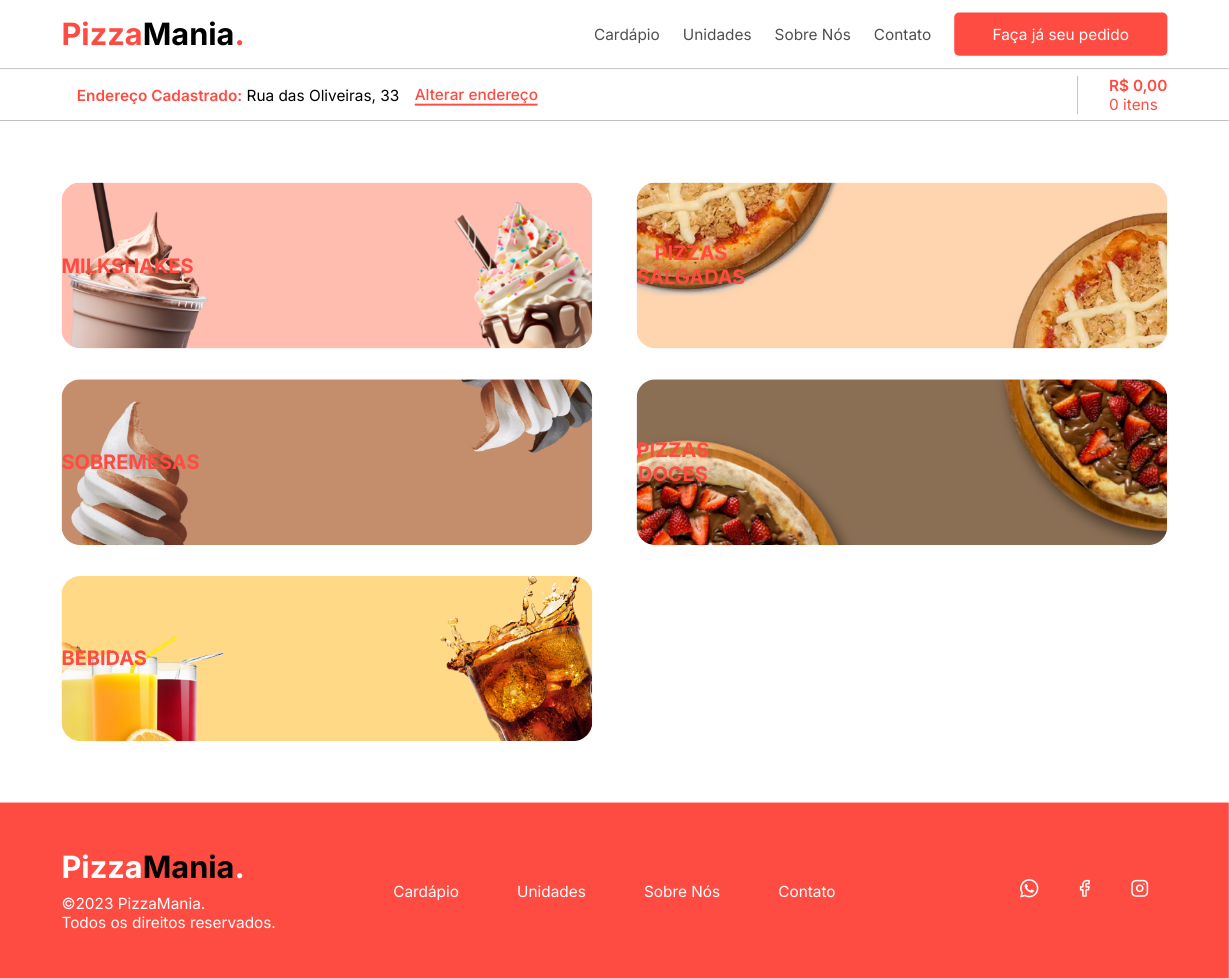
Repository: lucas-albuq/PizzaMania
Page: assets/pages/cardapio.html
These files come from the project's save history. The page is drawn as it stood at one moment and after the next save; the edit follows.
The browser window is 1280 px wide. The pictures show the whole page, at 96% of full size.
Some icons come from a web library that is not loaded, so they are not drawn. Some web libraries are served in a nearby version.

Above is the page before, as saved 2024-01-04 21:24:23.

### assets/pages/cardapio.html
<!DOCTYPE html>
<html lang="en">
<head>
    <meta charset="UTF-8">
    <meta name="viewport" content="width=device-width, initial-scale=1.0">
    <title>PizzaMania. - Cardápio</title>
    <link rel='stylesheet' href='https://cdn-uicons.flaticon.com/2.0.0/uicons-regular-rounded/css/uicons-regular-rounded.css'>
    <link rel="stylesheet" href="/assets/fonts/style.css">
    <link rel="stylesheet" href="/assets/css/pizzamania.css">
</head>
<body>
    <div id="header"></div>
    <main>
        <div class="categorias-cardapio">
            <a href="#">
                <div class="milkshakes">
                    <h2>Milkshakes</h2>
                </div>
            </a>
            <a href="#">
                <div class="pizzas-salgadas">
                    <h2>Pizzas <br>Salgadas</h2>
                </div>
            </a>
            <a href="#">
                <div class="sobremesas">
                    <h2>Sobremesas</h2>
                </div>
            </a>
            <a href="#">
                <div class="pizzas-doces">
                    <h2>Pizzas <br>Doces</h2>
                </div>
            </a>
            <a href="#">
                <div class="bebidas">
                    <h2>Bebidas</h2>
                </div>
            </a>
        </div>
    </main>
    <div id="footer"></div>
    <script src="https://ajax.googleapis.com/ajax/libs/jquery/3.1.0/jquery.min.js"></script>
    <script src="../../main.js"></script>
</body>
</html>

### assets/fonts/style.css
@font-face {
  font-family: 'icomoon';
  src:  url('fonts/icomoon.eot?r532as');
  src:  url('fonts/icomoon.eot?r532as#iefix') format('embedded-opentype'),
    url('fonts/icomoon.ttf?r532as') format('truetype'),
    url('fonts/icomoon.woff?r532as') format('woff'),
    url('fonts/icomoon.svg?r532as#icomoon') format('svg');
  font-weight: normal;
  font-style: normal;
  font-display: block;
}

[class^="icon-"], [class*=" icon-"] {
  /* use !important to prevent issues with browser extensions that change fonts */
  font-family: 'icomoon' !important;
  speak: never;
  font-style: normal;
  font-weight: normal;
  font-variant: normal;
  text-transform: none;
  line-height: 1;

  /* Better Font Rendering =========== */
  -webkit-font-smoothing: antialiased;
  -moz-osx-font-smoothing: grayscale;
}

.icon-delivery:before {
  content: "\e909";
}
.icon-pizza:before {
  content: "\e90a";
}
.icon-fatia:before {
  content: "\e90b";
}
.icon-whatsapp:before {
  content: "\e900";
}
.icon-brand:before {
  content: "\e900";
}
.icon-social:before {
  content: "\e900";
}
.icon-facebook:before {
  content: "\e902";
}
.icon-instagram:before {
  content: "\e903";
}
.icon-mail:before {
  content: "\e904";
}
.icon-map-pin:before {
  content: "\e905";
}
.icon-menu:before {
  content: "\e901";
}
.icon-phone:before {
  content: "\e906";
}
.icon-x:before {
  content: "\e907";
}
.icon-youtube:before {
  content: "\e908";
}

### assets/css/pizzamania.css
@import url('https://fonts.googleapis.com/css2?family=Inter:wght@100;200;300;400;500;600;700;800;900&display=swap');

:root {
  --base-hue: 3;
  --primary-color: hsl(var(--base-hue), 100%, 63%);
  --secondary-color: hsl(var(--base-hue), 0%, 0%);
  --text-color: hsl(var(--base-hue), 0%, 31%);
  --text-hover-color: hsl(var(--base-hue), 0%, 51%);
  --background-color: hsl(var(--base-hue), 0%, 100%);
  --button-background: hsl(var(--base-hue), 100%, 63%);
  --button-hover-background: hsl(var(--base-hue), 67%, 47%);
  --divider-color: hsl(var(--base-hue), 0%, 75%);
  --shadow-color:rgba(0, 0, 0, 0.25);
  --box-shadow: 0px 2px 8px 0px rgba(0, 0, 0, 0.25);
}

* {
  padding: 0;
  margin: 0;
  scroll-behavior: smooth;
  font-family: 'Inter', sans-serif;
  box-sizing: border-box;
}

header {
  display: flex;
  flex-direction: column;
  align-items: center;
}

main{
  max-width: 80em;
  width: 90%;
  margin: 4em auto;
  display: flex;
  flex-direction: column;
  gap: 4em;
}

section{
  display: flex;
  flex-direction: column;
  gap: 2em;
}

h2{
  font-size: 1.3em;
  color: var(--primary-color);
  text-transform: uppercase;
}

h3{
  font-size: 1.2em;
}

.header1, .header2 {
  display: flex;
  max-width: 80em;
  width: 90%;
  justify-content: space-between;
  align-items: center;
}

.header1 {
  padding: .8em 0;
}

.header2 {
  padding: .4em 0;
}

.header1 h1 a {
  color: var(--primary-color);
  font-size: 2rem;
}

.header1 h1 span {
  color: var(--secondary-color);
}

.header1_menus {
  display: flex;
  gap: 1.5em;
}

.header1 nav {
  display: flex;
  align-items: center;
}

.header1 ul {
  display: flex;
  list-style-type: none;
  align-items: center;
  justify-content: center;
  gap: 1.5em;
  align-items: center;
}

.header1 a {
  text-decoration: none;
  color: var(--text-color);
  font-size: 1rem;
  transition: color .2s;
}

.header1 nav a:hover {
  color: var(--text-hover-color);
}

.header1 button {
  padding: .8em 2.5em;
  border-radius: 5px;
  line-height: initial;
  align-self: center;
  background-color: var(--button-background);
  border: none;
  color: #FFF;
  font-size: 1rem;
  cursor: pointer;
  transition: background .2s;
}

.header1 button:hover {
  background-color: var(--button-hover-background);
}

.divider {
  border-bottom: 1px solid var(--divider-color);
  width: 100%;
}

.header2 .endereco, .header2 .carrinho {
  display: flex;
  gap: 1em;
  align-items: center;
}

.header2 .carrinho {
  border-left: 1px solid var(--divider-color);
  padding-left: 1em;
  cursor: pointer;
}

.header2 .fi, .header2 span, .carrinho p {
  color: var(--primary-color);
  transition: color .2s;
}

.header2 .endereco button {
  background: none;
  border: none;
  font-size: 1rem;
  color: var(--primary-color);
  font-weight: 500;
  border-bottom: 2px solid var(--primary-color);
  cursor: pointer;
  transition: color .2s;
}

.header2 .endereco button:hover {
  color: var(--button-hover-background);
  border-color: var(--button-hover-background);
}

.header2 .carrinho:hover .valor p, .carrinho:hover .fi {
  color: var(--button-hover-background);
}

.header2 span, .carrinho p:first-child {
  font-weight: 600;
}

footer{
  background-color: var(--primary-color);
}
footer .footer{
  display: flex;
  max-width: 80em;
  width: 90%;
  margin: 0 auto;
  justify-content: space-between;
  align-items: center;
  padding: 3em 0;
}
.footer .footer-menu{
  width: 40%;
}
.footer .footer-menu ul{
  display: flex;
  list-style-type: none;
  justify-content: space-between;
}
.footer .footer-menu a{
  color: var(--background-color);
  text-decoration: none;
  transition: color .2s
}
.footer-menu a:hover{
  color: var(--divider-color)
}
.footer-logo-copy, .footer-social-medias{
  width: 20%;
}
.footer-social-medias{
  display: flex;
  justify-content: end;
  align-items: center;
}
.footer-social-medias a{
  text-decoration: none;
}
.footer-social-medias div {
  color: var(--background-color);
  font-size: 1.2rem;
  padding: 1em;
  transition: all .5s ease;
}

.footer-social-medias div:hover {
  transform: translateY(-5px);
}
.footer-social-medias div::after{
  content: "";
  display: block;
  width: 0;
  height: 3px;
  margin-top: 3px;
  border-radius: 5px;
  background: var(--background-color);
  transition: all .2s ease;
}
.footer-social-medias div:hover::after{
  width: 100%;
}
.footer-logo-copy{
  display: flex;
  flex-direction: column;
  gap: .5em;
  color: var(--background-color)
}
.footer-logo-copy a{
  color: var(--background-color);
  text-decoration: none;
}
.footer-logo-copy a span{
  color: var(--secondary-color);
}
.servicos > div{
  display: flex;
  justify-content: space-between;
}
.servicos > div > div{
  box-shadow: var(--box-shadow);
  display: flex;
  flex-direction: column;
  align-items: center;
  justify-content: center;
  padding: 2.5em;
  width: 30%;
  gap: 1.5em;
  border-radius: 20px;
  border-bottom: var(--primary-color) solid 8px;
}

.servicos img{
  height: 3.5em;
}

.servicos p{
  text-align: center;
}

.carrossel .swiper {
  width: 100%;
  aspect-ratio: 16/6;
  border-radius: 20px;
}
.carrossel .swiper img{
  width: 100%;
  aspect-ratio: 16/6;
  filter: brightness(75%);
}
.swiper-pagination-bullet{
  padding: 3px;
}
.swiper-pagination-bullet-active{
  background: var(--primary-color);
}
.swiper-button-next, .swiper-button-prev{
  color: #FFF
}
.promocoes .swiper-slide, .assessments .swiper-slide{
  padding: 1em .2em;
}
.promocoes .card{
  display: flex;
  flex-direction: column;
  padding: 2em;
  gap: 2em;
  box-shadow: var(--box-shadow);
  border-radius: 20px;
}
.promocoes .card-top, .promocoes .card-bottom{
  display: flex;
  justify-content: space-between;
}
.promocoes .card-top-text{
  width: 65%;
  display: flex;
  flex-direction: column;
  gap: 1em;
}
.promocoes .card-top-image{
  width: 35%;
}
.promocoes .card-top-image img{
  width: 100%;
}
.promocoes .card-bottom p span{
  font-weight: bold;
  font-size: 1.2em;
}
.promocoes .card-bottom button{
  border: none;
  background: var(--button-background);
  padding: 0 3em;
  border-radius: 5px;
  color: #FFF;
  font-size: 1rem;
  cursor: pointer;
  transition: background .2s;
}
.promocoes .card-bottom button:hover{
  background: var(--button-hover-background);
}
.swiper-container{
  overflow: hidden;
}
/*Novamente reutilizando código antigo meu (é meu msm)*/
.assessments .assessments__container .swiper-wrapper{
  display: flex;
  flex-wrap: nowrap;
}
.assessments .assessments__container .assessments__assessment blockquote{
  padding: 2em;
  box-shadow: var(--box-shadow);
  border-radius: 20px;
  height: auto;
  width: 100%;
}
.assessments .assessments__container .assessments__assessment p{
  position: relative;
  text-indent: 1.875rem;
  margin-bottom: 1.5rem;
  color: var(--title-color);
}
.assessments .assessments__container .assessments__assessment p span{
  font-size: 4rem;
  font-family: serif;
  font-weight: 700;
  position: absolute;
  color: var(--primary-color);
  top: -1.375rem;
  left: -2.300rem;
}
.assessments .assessments__container .assessments__assessment cite {
  display: flex;
  align-items: center;
  font-style: normal;
  text-transform: capitalize;
}
.assessments .assessments__container .assessments__assessment cite img{
  height: 2rem;
  width: 2rem;
  object-fit: cover;
  clip-path: circle();
  margin-right: 0.5rem;
}
.categorias-cardapio {
  display: flex;
  flex-wrap: wrap;
  gap: 2em;
  justify-content: space-between;
}

.categorias-cardapio div {
  text-align: center;
  height: 100%;
  display: flex;
  align-items: center;
  border-radius: 20px;
  background-size: cover;
  background-position: center;
  background-repeat: no-repeat;
  aspect-ratio: 16/5;
  position: relative;
  overflow: hidden;
}

.categorias-cardapio a {
  text-decoration: none;
  flex: 0 0 48%;
  overflow: hidden; /* Garante que o overflow seja escondido para não afetar o efeito do filtro ao passar o mouse */
}

.categorias-cardapio a:hover .milkshakes,
.categorias-cardapio a:hover .pizzas-salgadas,
.categorias-cardapio a:hover .sobremesas,
.categorias-cardapio a:hover .pizzas-doces,
.categorias-cardapio a:hover .bebidas {
  filter: brightness(60%);
}

.categorias-cardapio .milkshakes {
  background-image: url("/assets/images/Milkshakes.png");
}

.categorias-cardapio .pizzas-salgadas {
  background-image: url("/assets/images/pizzasSalgadas.png");
}

.categorias-cardapio .sobremesas {
  background-image: url("/assets/images/sobremesas.png");
}

.categorias-cardapio .pizzas-doces {
  background-image: url("/assets/images/pizzasDoces.png");
}

.categorias-cardapio .bebidas {
  background-image: url("/assets/images/bebidas.png");
}

### main.js
document.addEventListener('DOMContentLoaded', function() {
    const header = document.getElementById('header');
    const footer = document.getElementById('footer');

    fetch('/assets/html/header.html')
        .then(response => response.text())
        .then(data => {
            header.innerHTML = data;

            const fazerPedido = document.querySelector(".header1_menus button");
            fazerPedido.addEventListener("click", () => window.open('./assets/pages/cardapio.html', '_self'));
        });

    fetch('/assets/html/footer.html')
        .then(response => response.text())
        .then(data => {
            footer.innerHTML = data;
        });
});

### assets/html/header.html
<header>
        <div class="header1">
            <h1><a href="/index.html">Pizza<span>Mania</span>.</a></h1>
            <div class="header1_menus">
                <nav>
                    <ul>
                        <li><a href="#">Cardápio</a></li>
                        <li><a href="#">Unidades</a></li>
                        <li><a href="#">Sobre Nós</a></li>
                        <li><a href="#">Contato</a></li>
                    </ul>
                </nav>
                <button>
                    Faça já seu pedido
                </button>
            </div>
        </div>
        <div class="divider"></div>
        <div class="header2">
            <div class="endereco">
                <i class="fi fi-rr-home"></i>
                <p><span>Endereço Cadastrado:</span> Rua das Oliveiras, 33</p>
                <button>Alterar endereço</button>
            </div>
            <div class="carrinho">
                <i class="fi fi-rr-shopping-cart"></i>
                <div class="valor">
                    <p>R$ 0,00</p>
                    <p>0 itens</p>
                </div>
            </div>
        </div>
        <div class="divider"></div>
    </header>

### assets/html/footer.html
<footer>
    <div class="footer">
        <div class="footer-logo-copy">
            <h1><a href="/index.html">Pizza<span>Mania</span>.</a></h1>
            <p>
                ©2023 PizzaMania. <br>
                Todos os direitos reservados.
            </p>
        </div>
        <nav class="footer-menu">
            <ul>
                <li><a href="">Cardápio</a></li>
                <li><a href="">Unidades</a></li>
                <li><a href="">Sobre Nós</a></li>
                <li><a href="">Contato</a></li>
            </ul>
        </nav>
        <div class="footer-social-medias">
            <a href="#">
                <div class="icon-whatsapp"></div>
            </a>
            <a href="#">
                <div class="icon-facebook"></div>
            </a>
            <a href="#">
                <div class="icon-instagram"></div>
            </a>
        </div>
    </div>
</footer>

After the next save:
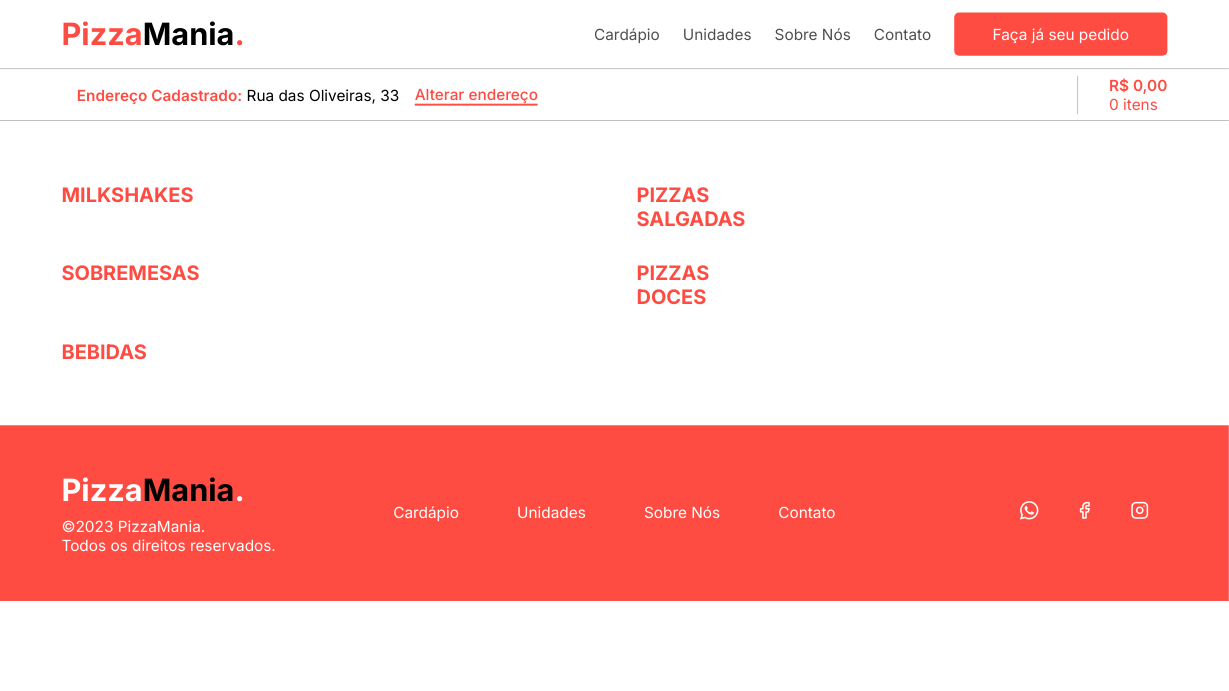
Saved 34 s later.
--- a/assets/css/pizzamania.css
+++ b/assets/css/pizzamania.css
@@ -384,50 +384,49 @@
   justify-content: space-between;
 }
 
-.categorias-cardapio div {
-  text-align: center;
+.categorias-cardapio a {
+  text-decoration: none;
+  flex: 0 0 48%;
+  position: relative;
+  overflow: hidden; /* Garante que o overflow seja escondido para não afetar o efeito do filtro ao passar o mouse */
+}
+
+.categorias-cardapio a::before {
+  content: "";
+  display: block;
+  width: 100%;
   height: 100%;
-  display: flex;
-  align-items: center;
-  border-radius: 20px;
   background-size: cover;
   background-position: center;
   background-repeat: no-repeat;
   aspect-ratio: 16/5;
-  position: relative;
-  overflow: hidden;
-}
-
-.categorias-cardapio a {
-  text-decoration: none;
-  flex: 0 0 48%;
-  overflow: hidden; /* Garante que o overflow seja escondido para não afetar o efeito do filtro ao passar o mouse */
-}
-
-.categorias-cardapio a:hover .milkshakes,
-.categorias-cardapio a:hover .pizzas-salgadas,
-.categorias-cardapio a:hover .sobremesas,
-.categorias-cardapio a:hover .pizzas-doces,
-.categorias-cardapio a:hover .bebidas {
-  filter: brightness(60%);
-}
-
-.categorias-cardapio .milkshakes {
+  position: absolute;
+  top: 0;
+  left: 0;
+  filter: brightness(100%); /* Define o filtro inicial para o pseudo-elemento */
+  transition: filter 0.3s ease; /* Adiciona uma transição suave ao filtro */
+}
+
+.categorias-cardapio a:hover::before {
+  filter: brightness(60%); /* Aplica o filtro de brilho ao passar o mouse */
+}
+
+.categorias-cardapio .milkshakes::before {
   background-image: url("/assets/images/Milkshakes.png");
 }
 
-.categorias-cardapio .pizzas-salgadas {
+.categorias-cardapio .pizzas-salgadas::before {
   background-image: url("/assets/images/pizzasSalgadas.png");
 }
 
-.categorias-cardapio .sobremesas {
+.categorias-cardapio .sobremesas::before {
   background-image: url("/assets/images/sobremesas.png");
 }
 
-.categorias-cardapio .pizzas-doces {
+.categorias-cardapio .pizzas-doces::before {
   background-image: url("/assets/images/pizzasDoces.png");
 }
 
-.categorias-cardapio .bebidas {
+.categorias-cardapio .bebidas::before {
   background-image: url("/assets/images/bebidas.png");
 }

After the save that followed:
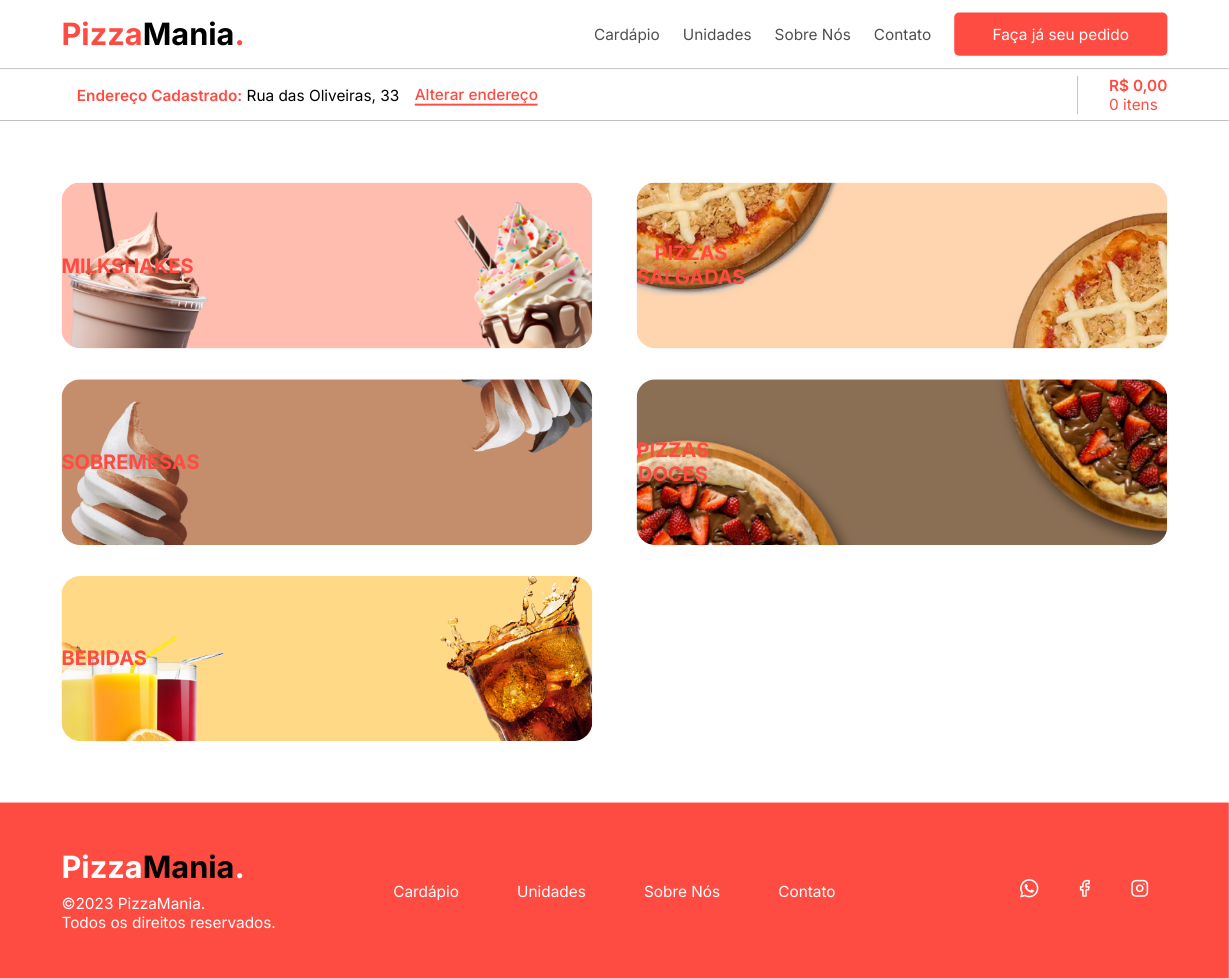
Saved 8 s later.
--- a/assets/css/pizzamania.css
+++ b/assets/css/pizzamania.css
@@ -384,49 +384,50 @@
   justify-content: space-between;
 }
 
-.categorias-cardapio a {
-  text-decoration: none;
-  flex: 0 0 48%;
-  position: relative;
-  overflow: hidden; /* Garante que o overflow seja escondido para não afetar o efeito do filtro ao passar o mouse */
-}
-
-.categorias-cardapio a::before {
-  content: "";
-  display: block;
-  width: 100%;
+.categorias-cardapio div {
+  text-align: center;
   height: 100%;
+  display: flex;
+  align-items: center;
+  border-radius: 20px;
   background-size: cover;
   background-position: center;
   background-repeat: no-repeat;
   aspect-ratio: 16/5;
-  position: absolute;
-  top: 0;
-  left: 0;
-  filter: brightness(100%); /* Define o filtro inicial para o pseudo-elemento */
-  transition: filter 0.3s ease; /* Adiciona uma transição suave ao filtro */
-}
-
-.categorias-cardapio a:hover::before {
-  filter: brightness(60%); /* Aplica o filtro de brilho ao passar o mouse */
-}
-
-.categorias-cardapio .milkshakes::before {
+  position: relative;
+  overflow: hidden;
+}
+
+.categorias-cardapio a {
+  text-decoration: none;
+  flex: 0 0 48%;
+  overflow: hidden; /* Garante que o overflow seja escondido para não afetar o efeito do filtro ao passar o mouse */
+}
+
+.categorias-cardapio a:hover .milkshakes,
+.categorias-cardapio a:hover .pizzas-salgadas,
+.categorias-cardapio a:hover .sobremesas,
+.categorias-cardapio a:hover .pizzas-doces,
+.categorias-cardapio a:hover .bebidas {
+  filter: brightness(60%);
+}
+
+.categorias-cardapio .milkshakes {
   background-image: url("/assets/images/Milkshakes.png");
 }
 
-.categorias-cardapio .pizzas-salgadas::before {
+.categorias-cardapio .pizzas-salgadas {
   background-image: url("/assets/images/pizzasSalgadas.png");
 }
 
-.categorias-cardapio .sobremesas::before {
+.categorias-cardapio .sobremesas {
   background-image: url("/assets/images/sobremesas.png");
 }
 
-.categorias-cardapio .pizzas-doces::before {
+.categorias-cardapio .pizzas-doces {
   background-image: url("/assets/images/pizzasDoces.png");
 }
 
-.categorias-cardapio .bebidas::before {
+.categorias-cardapio .bebidas {
   background-image: url("/assets/images/bebidas.png");
 }
